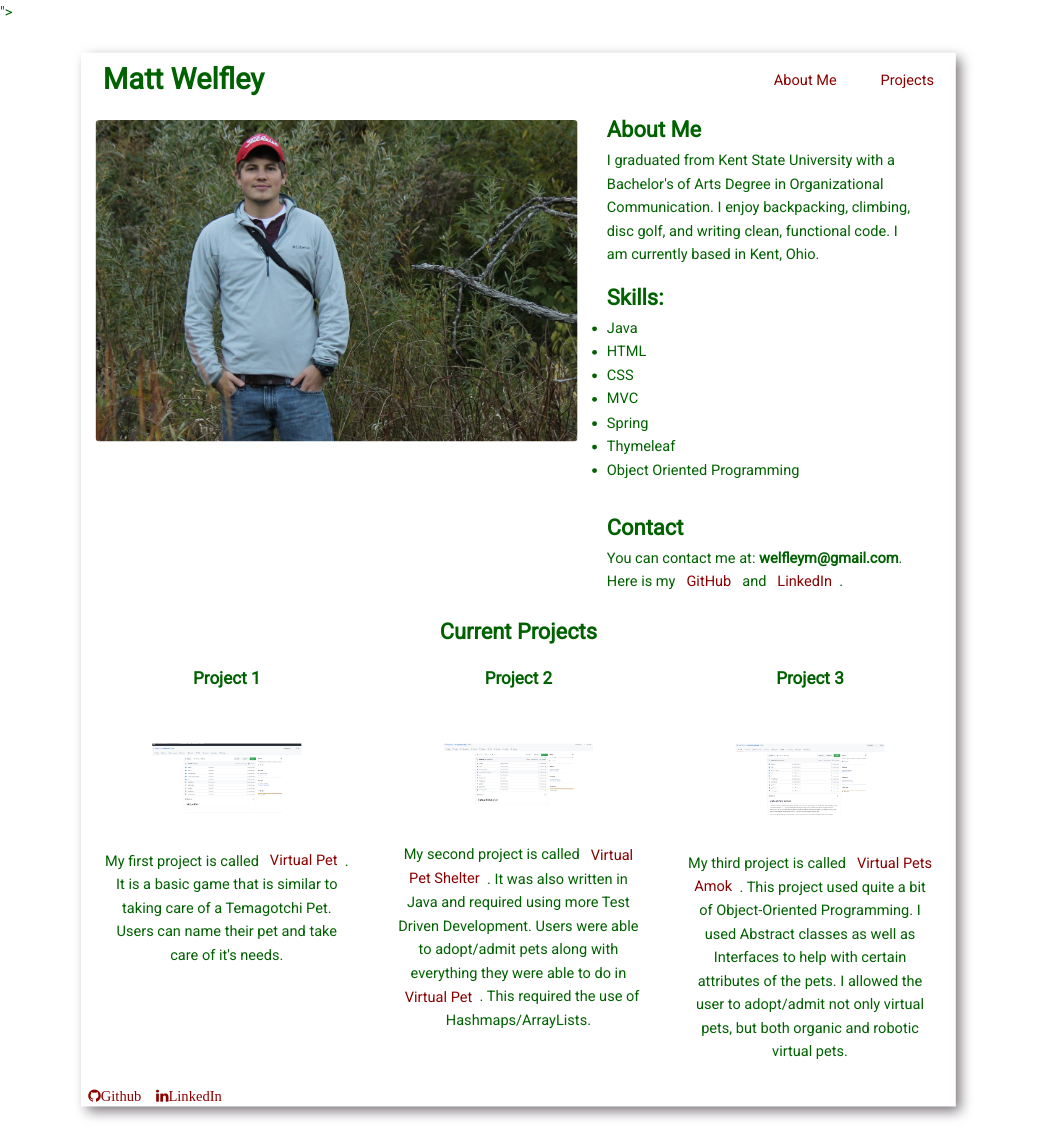
Repository: Matt1218/Matt1218.github.io
Page: index.html
An editor plug-in stored every save of this project. The page is shown before and after a run of saves, followed by the edit.
The browser window is 1280 px wide. The pictures show the whole page, at 81% of full size.

Above is the page before, as saved 2022-03-11 15:08:58.

After the next 2 saves:
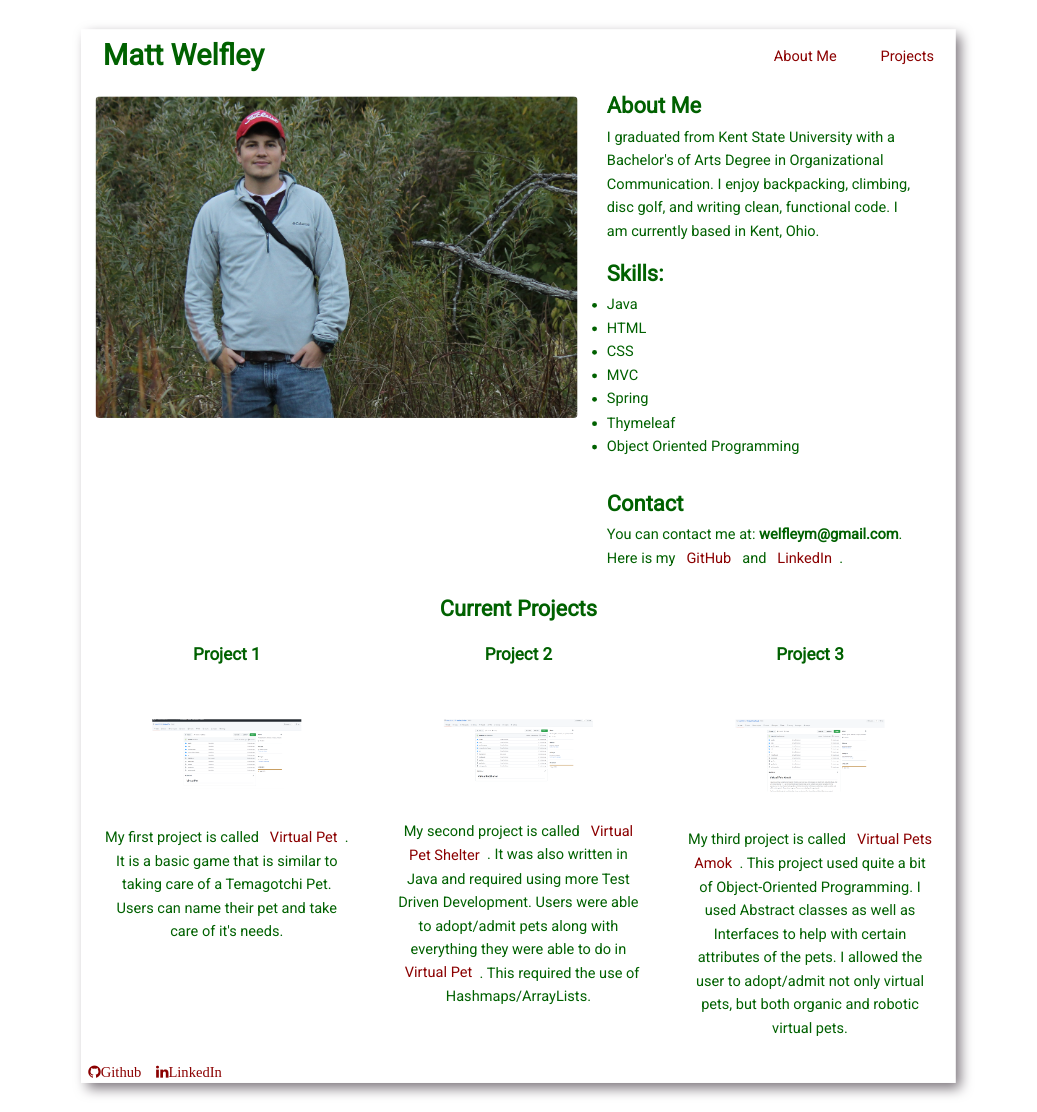
The 2 saves are shown as one change because they came seconds apart.
The last was saved 3 min 13 s later.
--- a/index.html
+++ b/index.html
@@ -5,7 +5,7 @@
     <meta charset="UTF-8">
     <meta http-equiv="X-UA-Compatible" content="IE=edge">
     <meta name="viewport" content="width=device-width, initial-scale=1.0">
-    <link rel="stylesheet" href="https://cdnjs.cloudflare.com/ajax/libs/font-awesome/4.7.0/css/font-awesome.min.css" rel="stylesheet">">
+    <link rel="stylesheet" href="https://cdnjs.cloudflare.com/ajax/libs/font-awesome/4.7.0/css/font-awesome.min.css">
     <link rel="stylesheet" href="style.css">
     <title>Matt's Portfolio</title>
 </head>
